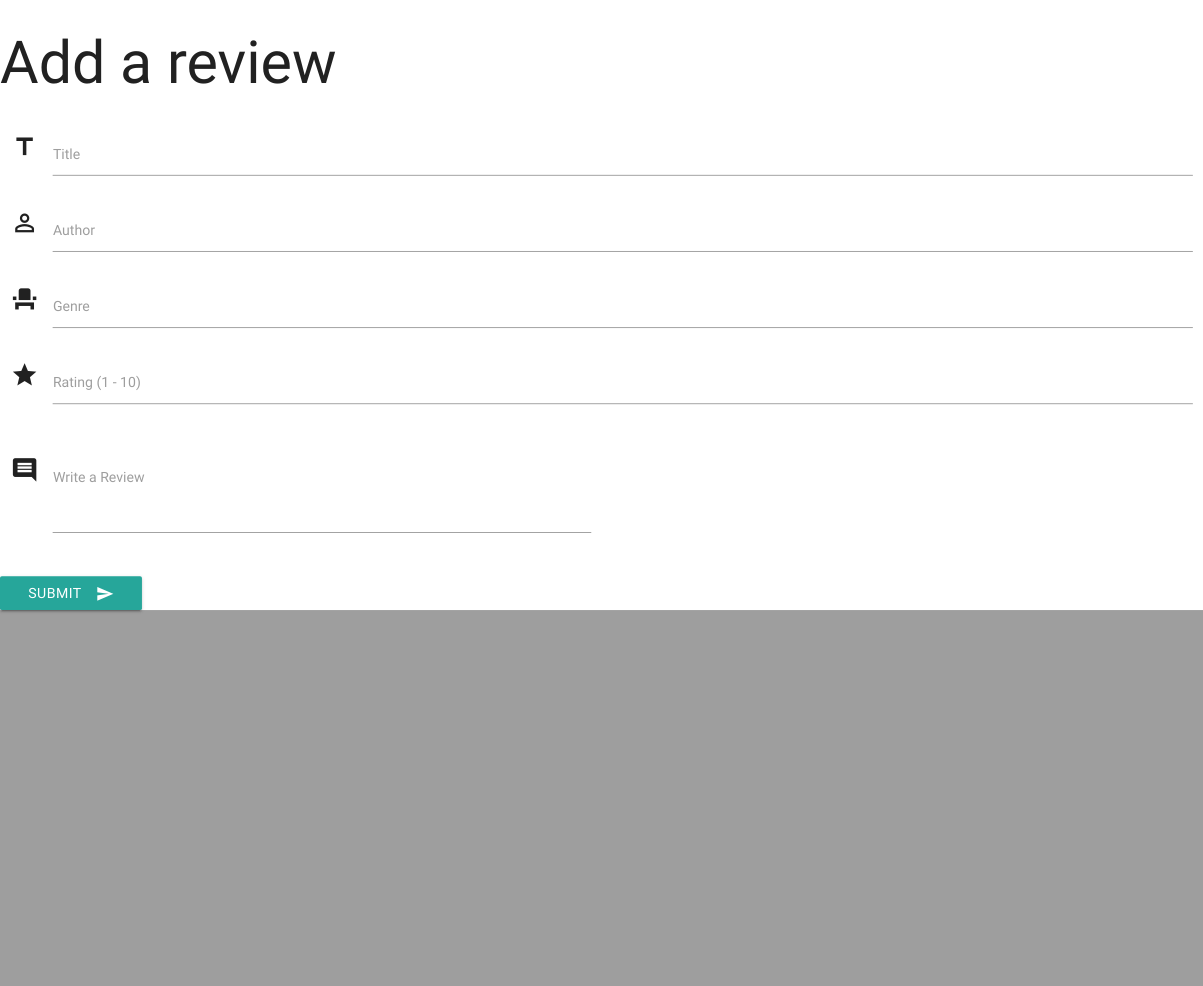
Repository: johnny-don/a-novel-idea
Page: http://localhost/add_review
The author's editor kept a record of every edit. The page is drawn from the files as they stood at one moment, then again after the next edit.
The browser window is 1280 px wide. The pictures show the whole page, at 94% of full size.
Some web libraries are served in a nearby version. The page is served by the project's application, run on Flask 3 (app.py).

Above is the page before.

### templates/addreview.html
{% extends 'base.html' %} {% block content %}

<h1>Add a review</h1>

<div class="row">
    <form action="{{url_for('submit_review') }}" method="POST" class="col s12">

        <div class="input-field">
          <i class="material-icons prefix">title</i>
          <input id="title" name="title" type="text" class="materialize-textarea">
          <label for="icon_prefix2">Title</label>
        </div>


        <div class="input-field">
          <i class="material-icons prefix">perm_identity</i>
          <input id="author" name="author" type="text" class="materialize-textarea">
          <label for="icon_prefix2">Author</label>
        </div>


        <div class="input-field">
          <i class="material-icons prefix">event_seat</i>
          <input id="genre" name="genre" type="text" class="materialize-textarea">
          <label for="icon_prefix2">Genre</label>
        </div>


        <div class="input-field">
          <i class="material-icons prefix">grade</i>
          <input id="rating" name="rating" type="number" class="materialize-textarea">
          <label for="icon_prefix2">Rating (1 - 10)</label>
        </div>
      </div>
       <div class="row">
        <div class="input-field col s6">
          <i class="material-icons prefix">comment</i>
          <textarea id="review" name="review" type="text" class="materialize-textarea"></textarea>
          <label for="icon_prefix2">Write a Review</label>
        </div>
      </div>
      <button class="btn waves-effect waves-light" type="submit" name="action">Submit
    <i class="material-icons right">send</i>
  </button>

    </form>

      <div class="slider col s6">
    <ul class="slides">
      <li>
        <img src="https://lorempixel.com/580/250/nature/1"> <!-- random image -->
        <div class="caption center-align">
          <h3>This is our big Tagline!</h3>
          <h5 class="light grey-text text-lighten-3">Here's our small slogan.</h5>
        </div>
      </li>
      <li>
        <img src="https://lorempixel.com/580/250/nature/2"> <!-- random image -->
        <div class="caption left-align">
          <h3>Left Aligned Caption</h3>
          <h5 class="light grey-text text-lighten-3">Here's our small slogan.</h5>
        </div>
      </li>
      <li>
        <img src="https://lorempixel.com/580/250/nature/3"> <!-- random image -->
        <div class="caption right-align">
          <h3>Right Aligned Caption</h3>
          <h5 class="light grey-text text-lighten-3">Here's our small slogan.</h5>
        </div>
      </li>
      <li>
        <img src="https://lorempixel.com/580/250/nature/4"> <!-- random image -->
        <div class="caption center-align">
          <h3>This is our big Tagline!</h3>
          <h5 class="light grey-text text-lighten-3">Here's our small slogan.</h5>
        </div>
      </li>
    </ul>
  </div>
  </div>



{% endblock %}

### templates/base.html
<!DOCTYPE html>
<html lang="en">

<head>
    <meta charset="UTF-8">
    <meta name="viewport" content="width=device-width, initial-scale=1.0">
    <meta http-equiv="X-UA-Compatible" content="ie=edge">
    <link rel="stylesheet" href="{{url_for('static', filename='css/style.css')}}" type="text/css"/>
    <link href="https://fonts.googleapis.com/icon?family=Material+Icons" rel="stylesheet">
    <link rel="stylesheet" href="https://cdnjs.cloudflare.com/ajax/libs/materialize/0.100.2/css/materialize.min.css">


    <title>A Novel Idea</title>
</head>

<body>
    {% block content %}
    {% endblock %}

    <script src="https://cdnjs.cloudflare.com/ajax/libs/jquery/3.2.1/jquery.min.js"></script>
    <script src="https://cdnjs.cloudflare.com/ajax/libs/materialize/0.100.2/js/materialize.min.js"></script>
    <script type="text/javascript">
        $(document).ready(function() {
            $('.collapsible').collapsible();
        });
    </script>
</body>

</html>

### app.py
import os
from flask import Flask, render_template, redirect, request, url_for, request
from flask_pymongo import PyMongo
from bson.objectid import ObjectId


app = Flask(__name__)
app.config["MONGO_DBNAME"] = 'novel_idea'
app.config["MONGO_URI"] = 'mongodb+srv://johnny_don:2gardensmon@cluster0-kzp63.mongodb.net/novel_idea?retryWrites=true&w=majority'


mongo = PyMongo(app)


@app.route('/')


@app.route('/get_reviews')
def get_reviews():
    return render_template("reviews.html", reviews=mongo.db.info.find())

@app.route('/add_review')
def add_review():
    return render_template('addreview.html')

@app.route('/submit_review', methods=['POST'])
def submit_review():
    info = mongo.db.info
    info.insert_one(request.form.to_dict())
    return redirect(url_for('get_reviews'))

@app.route('/edit_review/<review_id>')
def edit_review(review_id):
    the_review = mongo.db.info.find_one({"_id": ObjectId(review_id)})
    return redirect('editreview.html', review=the_review)


@app.route('/update_review/<review_id>', methods=["POST"])
def update_review(review_id):
    reviews=mongo.db.info
    reviews.update( {'_id': ObjectId(review_id)},
    {
        'title':request.form.get('title'),
        'author':request.form.get('author'),
        'genre':request.form.get('genre'),
        'rating':request.form.get('rating'),
        'review':request.form.get('review')
    })

    return redirect(url_for('get_reviews'))

@app.route('/delete_review/<review_id>')
def delete_review(review_id):
    mongo.db.info.remove({'_id': ObjectId(review_id)})
    return redirect(url_for('get_reviews'))



if __name__ == '__main__':
    app.run(host=os.environ.get('IP'),
            port=int(os.environ.get('PORT')),
            debug=True)

### static/css/style.css
/* buttons */

.btn-small {
    background-color: brown;
    height: 24px;
    width: 60px;
    line-height: 24px;
    margin: 5px;
}

After the next edit:
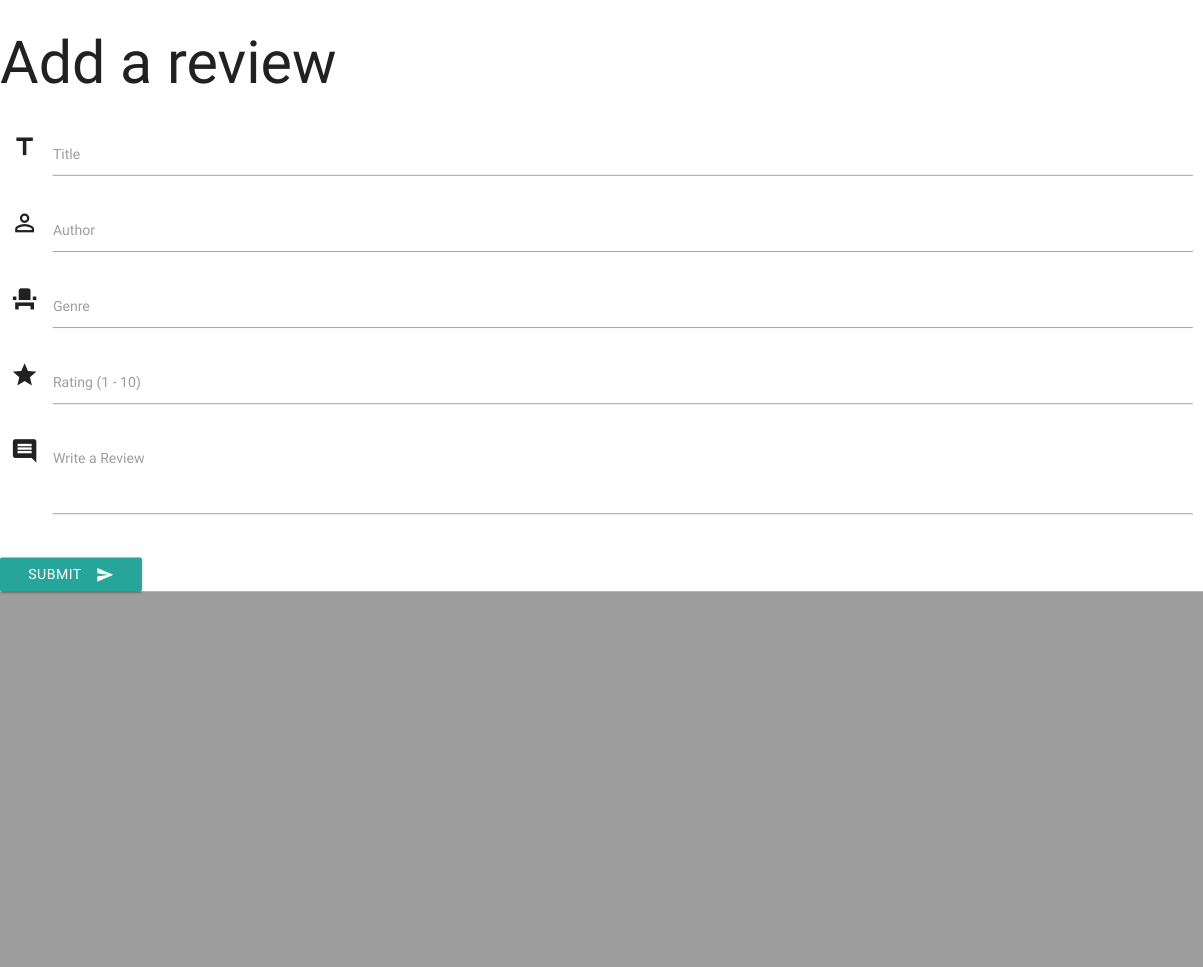
The edit:
--- a/templates/addreview.html
+++ b/templates/addreview.html
@@ -31,9 +31,9 @@
           <input id="rating" name="rating" type="number" class="materialize-textarea">
           <label for="icon_prefix2">Rating (1 - 10)</label>
         </div>
-      </div>
-       <div class="row">
-        <div class="input-field col s6">
+
+
+        <div class="input-field">
           <i class="material-icons prefix">comment</i>
           <textarea id="review" name="review" type="text" class="materialize-textarea"></textarea>
           <label for="icon_prefix2">Write a Review</label>
